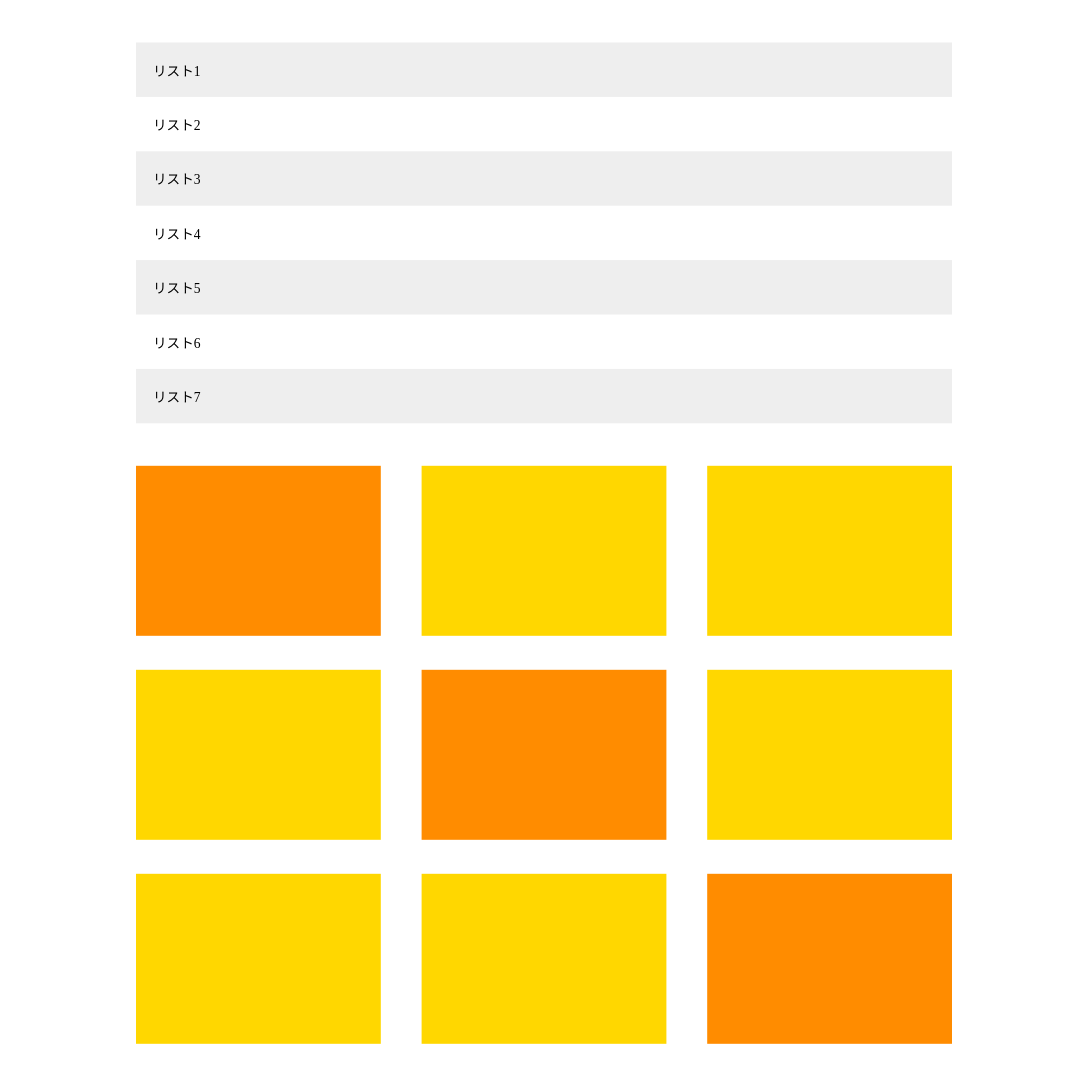
Repository: Souax/prac_20231021
Page: Chapter8/8.html
The author's editor kept a record of every edit. The page is drawn from the files as they stood at one moment, then again after the next edit.
The browser window is 1280 px wide. The pictures show the whole page, at 85% of full size.

Above is the page before.

### Chapter8/8.html
<!DOCTYPE html>
<html lang="ja">
  <head>
  <meta charset="UTF-8">
  <link rel="stylesheet" href="8.css">
  <title>8章</title>
  </head>

  <body>
    <main>
      <ul class="item-list">
        <li class="item">リスト1</li>
        <li class="item">リスト2</li>
        <li class="item">リスト3</li>
        <li class="item">リスト4</li>
        <li class="item">リスト5</li>
        <li class="item">リスト6</li>
        <li class="item">リスト7</li>
      </ul>

      <div class="box-list">
        <div class="box"></div>
        <div class="box"></div>
        <div class="box"></div>
        <div class="box"></div>
        <div class="box"></div>
        <div class="box"></div>
        <div class="box"></div>
        <div class="box"></div>
        <div class="box"></div>
      </div>
    </main>
  </body>
  </html>

### Chapter8/8.css
*{
  margin: 0;
  padding: 0;
  box-sizing: border-box;
}

main {
  width: 960px;
  margin: 50px auto;
}

.item-list {
  margin-bottom: 50px;
}

.item {
  padding: 20px;
  list-style: none;
}

.item-list li:nth-of-type(2n-1){
  background-color:#eee;
}

.box-list{
  display:flex;
  flex-wrap:wrap;
}
.box{
  background-color:#ffd700;
  width:30%;
  height:200px;
  margin-right:5%;
  margin-bottom:40px;
}
.box:first-child,
.box:nth-child(5n),
.box:last-child {
  background-color:#ff8c00;
}
.box:nth-child(3n){
  margin-right:0;
}
.box:nth-last-child(-n + 3) {
  margin-bottom: 0;
}

After the next edit:
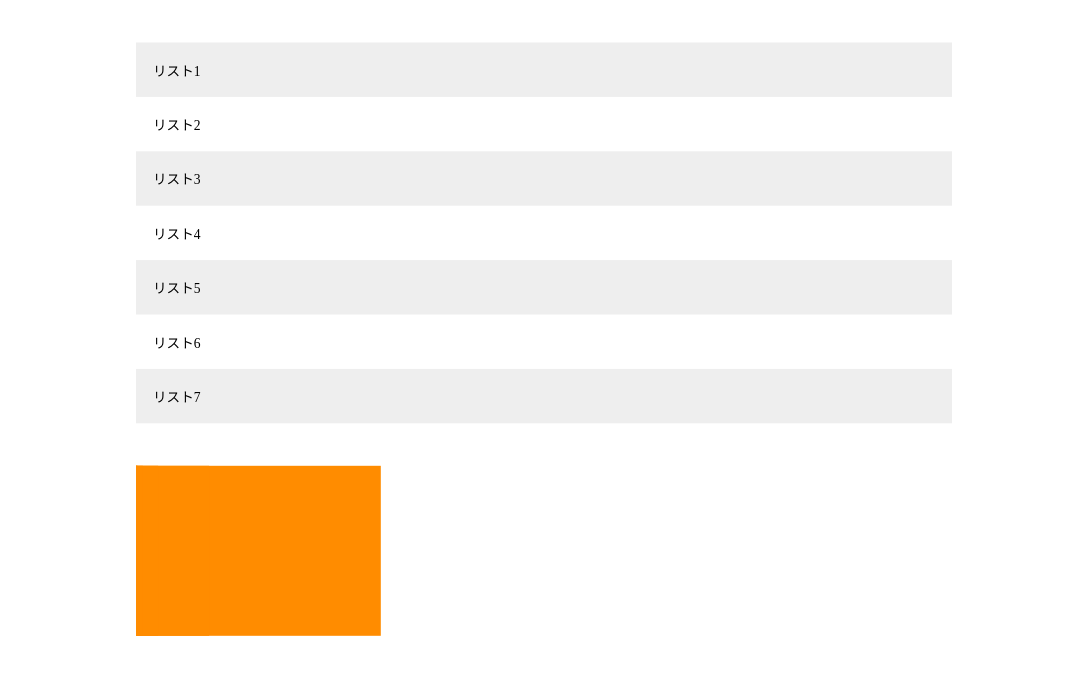
The edit:
--- a/Chapter8/8.html
+++ b/Chapter8/8.html
@@ -19,14 +19,14 @@
       </ul>
 
       <div class="box-list">
-        <div class="box"></div>
-        <div class="box"></div>
-        <div class="box"></div>
-        <div class="box"></div>
-        <div class="box"></div>
-        <div class="box"></div>
-        <div class="box"></div>
-        <div class="box"></div>
+        <div class="box">
+        <div class="box">
+        <div class="box">
+        <div class="box">
+        <div class="box">
+        <div class="box">
+        <div class="box"
+        <div class="box">
         <div class="box"></div>
       </div>
     </main>

After the 5 edits that followed:
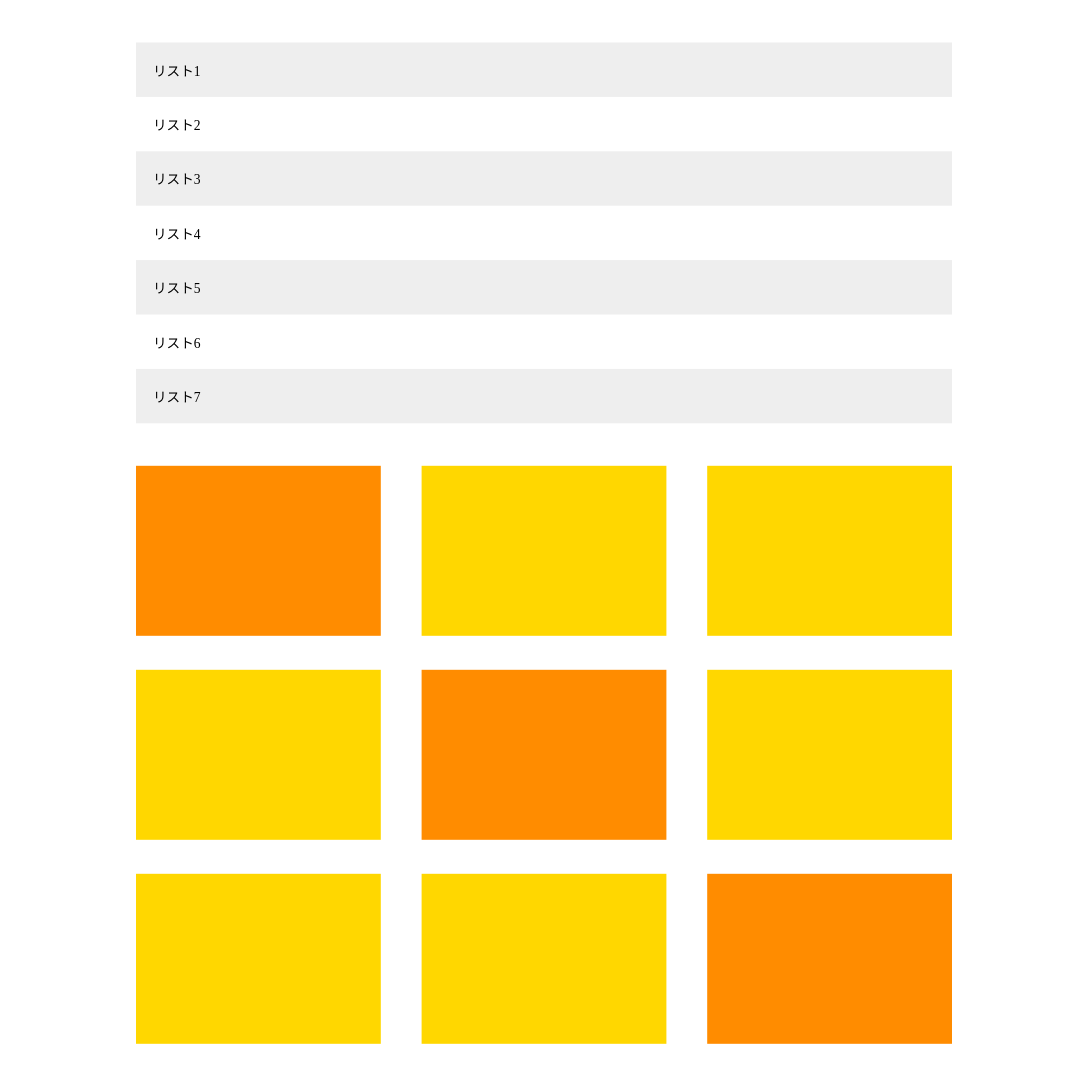
The 5 edits are shown as one change because 4 left the picture as it was.
The edit:
--- a/Chapter8/8.html
+++ b/Chapter8/8.html
@@ -19,16 +19,15 @@
       </ul>
 
       <div class="box-list">
-        <div class="box">
-        <div class="box">
-        <div class="box">
-        <div class="box">
-        <div class="box">
-        <div class="box">
-        <div class="box"
-        <div class="box">
         <div class="box"></div>
-      </div>
+        <div class="box"></div>
+        <div class="box"></div>
+        <div class="box"></div>
+        <div class="box"></div>
+        <div class="box"></div>
+        <div class="box"></div>
+        <div class="box"></div>
+        <div class="box"></div>
     </main>
   </body>
   </html>
